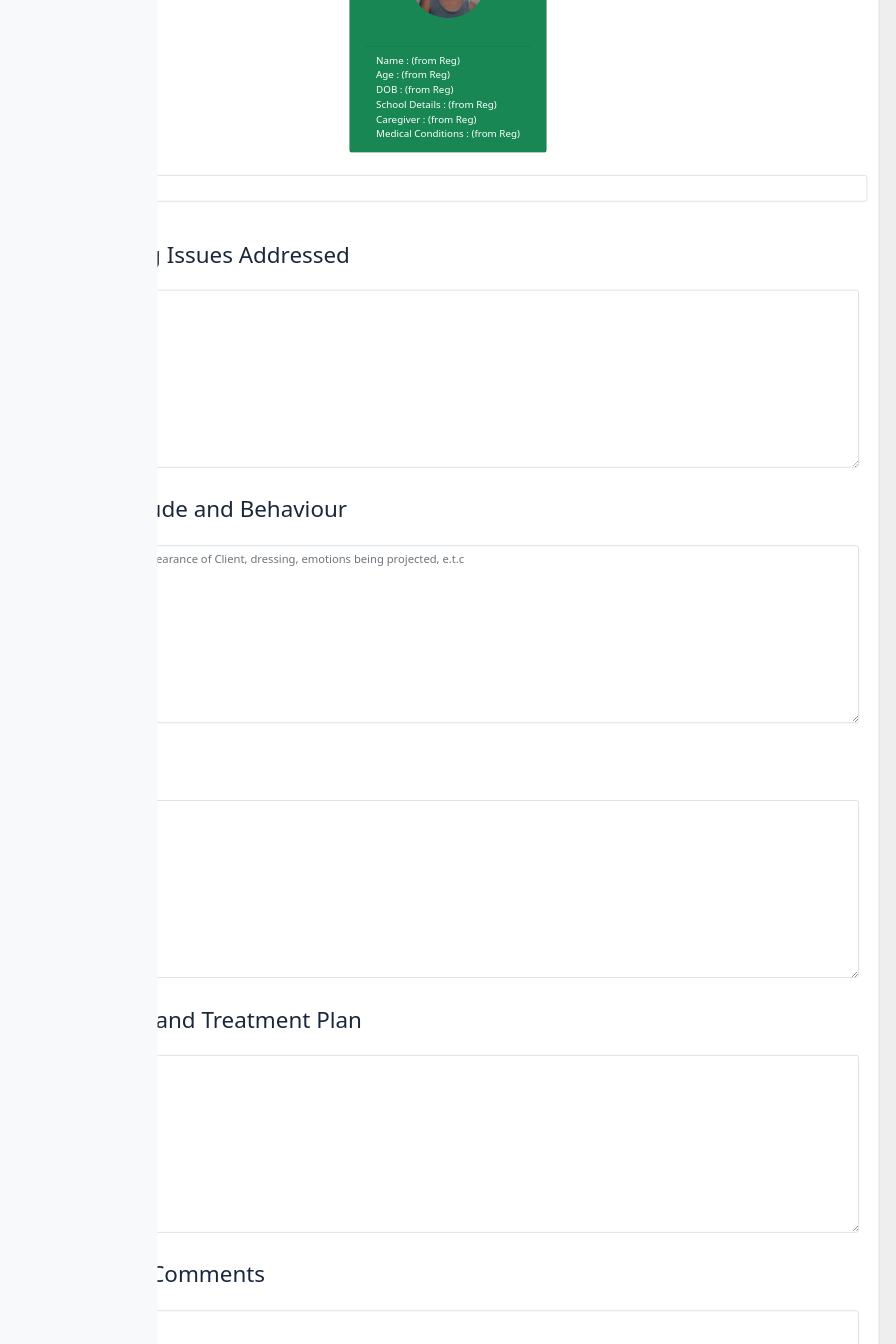
Repository: SRFtech/mis-designs
Page: counselling.html
These files come from the project's save history. The page is drawn as it stood at one moment and after the next save; the edit follows.
The browser window is 1280 px wide. The pictures show the part of the page from y = 580 to 2500 px (the page is 3053 px tall before and 3045 px after), at 70% of full size.

Above is the page before, as saved 2022-04-10 22:21:59.

### counselling.html
<!DOCTYPE html>
<html lang="en">
    <head>
        <meta charset="utf-8" />
        <meta http-equiv="X-UA-Compatible" content="IE=edge" />
        <meta name="viewport" content="width=device-width, initial-scale=1, shrink-to-fit=no" />
        <meta name="description" content="" />
        <meta name="author" content="" />
        <title>Family Assessment SRF-MIS</title>
        <link href="css/styles.css" rel="stylesheet" />
        <script src="https://cdnjs.cloudflare.com/ajax/libs/font-awesome/5.15.3/js/all.min.js" crossorigin="anonymous"></script>
    </head>
    <body>
        <nav class="sb-topnav navbar navbar-expand navbar-light bg-light">
            <!-- Navbar Brand-->
            <a class="navbar-brand ps-3" href="index.html">
                <img src="/assets/img/logo.png"/>
            </a>
            <!-- Sidebar Toggle-->
            <button class="btn btn-link btn-sm order-1 order-lg-0 me-4 me-lg-0" id="sidebarToggle" href="#!"><i class="fas fa-bars"></i></button>
            <!-- Navbar Search-->
            <form class="d-none d-md-inline-block form-inline ms-auto me-0 me-md-3 my-2 my-md-0">
                <div class="input-group">
                    <input class="form-control" type="text" placeholder="Search for..." aria-label="Search for..." aria-describedby="btnNavbarSearch" />
                    <button class="btn btn-success" id="btnNavbarSearch" type="button"><i class="fas fa-search"></i></button>
                </div>
            </form>
            <!-- Navbar-->
            <ul class="navbar-nav ml-auto nav-flex-icons">
                <li class="nav-item avatar dropdown">
                    <a class="nav-link dropdown-toggle waves-effect waves-light" id="navbarDropdownMenuLink-5" role="button" data-bs-toggle="dropdown" data-toggle="dropdown" aria-haspopup="true" aria-expanded="true">
                    <span class="badge badge-danger ml-2">4</span>
                    <i class="fas fa-bell"></i>
                    </a>
                    <div class="dropdown-menu dropdown-menu-end dropdown-secondary" aria-labelledby="navbarDropdownMenuLink-5">
                        <a class="dropdown-item waves-effect waves-light" href="#">Messages <span class="badge badge-danger ml-2">4</span></a>
                        <a class="dropdown-item waves-effect waves-light" href="#">Counselling sessions due<span class="badge badge-danger ml-2">1</span></a>
                        <a class="dropdown-item waves-effect waves-light" href="#">Home visits due <span class="badge badge-danger ml-2">4</span></a>
                    </div>
                </li>
            </ul>
            <ul class="navbar-nav ms-auto ms-md-0 me-3 me-lg-4">
                <li class="nav-item dropdown">
                    <a class="nav-link dropdown-toggle" id="navbarDropdown" href="#" role="button" data-bs-toggle="dropdown" aria-expanded="false"><i class="fas fa-user fa-fw"></i></a>
                    <ul class="dropdown-menu dropdown-menu-end" aria-labelledby="navbarDropdown">
                        <li><a class="dropdown-item" href="#!">Settings</a></li>
                        <li><a class="dropdown-item" href="#!">Activity Log</a></li>
                        <li><hr class="dropdown-divider" /></li>
                        <li><a class="dropdown-item" href="#!">Logout</a></li>
                    </ul>
                </li>
            </ul>
        </nav>
        <div id="layoutSidenav">
            <div id="layoutSidenav_nav">
                <nav class="sb-sidenav accordion sb-sidenav-light" id="sidenavAccordion">
                    <div class="sb-sidenav-menu">
                        <div class="nav">
                            <div class="sb-sidenav-menu-heading">Core</div>
                            <a class="nav-link" href="index.html">
                                <div class="sb-nav-link-icon"><i class="fas fa-tachometer-alt"></i></div>
                                Dashboard
                            </a>
                            <div class="sb-sidenav-menu-heading">Interface</div>
                            <a class="nav-link collapsed" href="#" data-bs-toggle="collapse" data-bs-target="#collapsePages" aria-expanded="false" aria-controls="collapsePages">
                                <div class="sb-nav-link-icon"><i class="fas fa-book-open"></i></div>
                                Pages
                                <div class="sb-sidenav-collapse-arrow"><i class="fas fa-angle-down"></i></div>
                            </a>
                            <div class="collapse" id="collapsePages" aria-labelledby="headingTwo" data-bs-parent="#sidenavAccordion">
                                <nav class="sb-sidenav-menu-nested nav accordion" id="sidenavAccordionPages">
                                    <a class="nav-link collapsed" href="#" data-bs-toggle="collapse" data-bs-target="#pagesCollapseAuth" aria-expanded="false" aria-controls="pagesCollapseAuth">
                                        Authentication
                                        <div class="sb-sidenav-collapse-arrow"><i class="fas fa-angle-down"></i></div>
                                    </a>
                                    <div class="collapse" id="pagesCollapseAuth" aria-labelledby="headingOne" data-bs-parent="#sidenavAccordionPages">
                                        <nav class="sb-sidenav-menu-nested nav">
                                            <a class="nav-link" href="login.html">Login</a>
                                            <a class="nav-link" href="register.html">Register</a>
                                            <a class="nav-link" href="password.html">Forgot Password</a>
                                        </nav>
                                    </div>
                                    <a class="nav-link collapsed" href="#" data-bs-toggle="collapse" data-bs-target="#pagesCollapseError" aria-expanded="false" aria-controls="pagesCollapseError">
                                        Forms
                                        <div class="sb-sidenav-collapse-arrow"><i class="fas fa-angle-down"></i></div>
                                    </a>
                                    <div class="collapse" id="pagesCollapseError" aria-labelledby="headingOne" data-bs-parent="#sidenavAccordionPages">
                                        <nav class="sb-sidenav-menu-nested nav">
                                            <a class="nav-link" href="registration.html">Registration</a>
                                            <!-- <a class="nav-link" href="player-profile.html">Player profile</a> -->

                                        </nav>
                                    </div>
                                    <a class="nav-link collapsed" href="#" data-bs-toggle="collapse" data-bs-target="#pagesCollapseError" aria-expanded="false" aria-controls="pagesCollapseError">
                                        Error
                                        <div class="sb-sidenav-collapse-arrow"><i class="fas fa-angle-down"></i></div>
                                    </a>
                                    <div class="collapse" id="pagesCollapseError17" aria-labelledby="headingOne" data-bs-parent="#sidenavAccordionPages">
                                        <nav class="sb-sidenav-menu-nested nav">
                                            <a class="nav-link" href="401.html">401 Page</a>
                                            <a class="nav-link" href="404.html">404 Page</a>
                                            <a class="nav-link" href="500.html">500 Page</a>
                                        </nav>
                                    </div>
                                </nav>
                            </div>
                            <div class="sb-sidenav-menu-heading">Data View Options</div>
                            <a class="nav-link" href="charts.html">
                                <div class="sb-nav-link-icon"><i class="fas fa-chart-area"></i></div>
                                Charts
                            </a>
                            <a class="nav-link" href="tables.html">
                                <div class="sb-nav-link-icon"><i class="fas fa-table"></i></div>
                                Tables
                            </a>
                        </div>
                    </div>
                    <div class="sb-sidenav-footer">
                        <div class="small">Logged in as:</div>
                        Admin
                    </div>
                </nav>
            </div>
            <div id="layoutSidenav_content">
                <main>
                    <div class="container-fluid px-4">
                        <h1 class="mt-4">Family Assessment</h1>
                        <ol class="breadcrumb mb-4">
                            <li class="breadcrumb-item"><a href="index.html">Dashboard</a></li>
                            <li class="breadcrumb-item active">Family Assessment Form</li>
                        </ol>
                        <div class="card mb-4">
                            <div class="card-body">
                                <p class="mb-0">
                                    <ul class="nav nav-pills mb-3" id="pills-tab" role="tablist">
                                        <li class="nav-item">
                                            <a class="nav-link" id="pills-bio-data-tab" data-toggle="pill" href="registration.html" role="tab" aria-controls="pills-bio-data" aria-selected="false">Bio Data</a>
                                        </li>
                                        <li class="nav-item">
                                            <a class="nav-link" id="pills-visits-tab" data-toggle="pill" href="home-visits.html" role="tab" aria-controls="pills-home-visits" aria-selected="false">Home Visits</a>
                                        </li>
                                        <li class="nav-item">
                                            <a class="nav-link" id="pills-rugby-tab" data-toggle="pill" href="rugby.html" role="tab" aria-controls="pills-rugby" aria-selected="false">Rugby</a>
                                        </li>
                                        <li class="nav-item">
                                            <a class="nav-link" id="pills-education-tab" data-toggle="pill" href="education.html" role="tab" aria-controls="pills-education" aria-selected="false">Education</a>
                                        </li>
                                        <li class="nav-item">
                                            <a class="nav-link" id="life-skills.html-tab" data-toggle="pill" href="life-skills.html" role="tab" aria-controls="life-skills.html" aria-selected="false">Life Skills</a>
                                        </li>
                                        <li class="nav-item">
                                            <a class="nav-link active" id="pills-counselling-tab" data-toggle="pill" href="counselling.html" role="tab" aria-controls="pills-counselling" aria-selected="true">Counselling</a>
                                        </li>
                                        <li class="nav-item">
                                            <a class="nav-link" id="class8-visits-tab" data-toggle="pill" href="class8-visits.html" role="tab" aria-controls="class8-visits" aria-selected="false">Class 8 Visits</a>
                                        </li>
                                    </ul>
                                    <div class="tab-content" id="pills-tabContent">
                                        <div class="tab-pane fade show active" id="pills-bio-data" role="tabpanel" aria-labelledby="pills-bio-data-tab">
                                            <div class="form mt-5">
                                                <form>
                                                    <div class="form-group row pb-3">
                                                        <label for="date" class="col-sm-3 col-form-label">Date</label>
                                                        <div class="col-sm-4">
                                                            <input type="date" class="form-control" id="date" placeholder="">
                                                        </div>
                                                    </div>
                                                    <div class="form-group row pb-3">
                                                        <label for="date" class="col-sm-3 col-form-label">Time</label>
                                                        <div class="col-sm-4">
                                                            <input type="time" class="form-control" id="time" placeholder="">
                                                        </div>
                                                    </div>
                                                    <div class="row pb-2 pt-2 justify-content-center align-items-center">
                                                            <div class="col-xl-3 col-sm-6">
                                                                <div class="card bg-success text-white mb-2">
                                                                    <div class=" image d-flex flex-column justify-content-center align-items-center">
                                                                        <div class="card-body bg-success">Beneficiary K_234</div>
                                                                        <div class="card-body col-md-6 mb-4">
                                                                            <img class="rounded-circle"  alt="girl photo" src="/assets/img/girl-profile.png"/>
                                                                        </div>
                                                                        <div class="card-footer bg-success mb-2">
                                                                            <div class="small text-white" href="#">
                                                                                    Name : (from Reg) <br>
                                                                                    Age : (from Reg) <br>
                                                                                    DOB : (from Reg) <br>
                                                                                    School Details : (from Reg) <br>
                                                                                    Caregiver : (from Reg) <br>
                                                                                    Medical Conditions : (from Reg) <br>
                                                                            </div>
                                                                        </div>
                                                                    </div>
                                                                </div>
                                                            </div>
                                                            <div class="form-group pb-4">
                                                                <label for="formControlSelect2">Client type</label>
                                                                <select class="form-control" id="formControlSelect2">
                                                                    <option>Father</option>
                                                                    <option>Mother</option>
                                                                    <option>Guardian</option>
                                                                </select>
                                                            </div>
                                                            <div class="row pb-2 pt-2">
                                                                <h2 class="mt-4">Counselling Issues Addressed</h2>
                                                                <div class="form-group">
                                                                    <label for="formControlTextarea1">Notes</label>
                                                                    <textarea class="form-control" id="formControlTextarea1" rows="10"></textarea>
                                                                </div>
                                                            </div>
                                                            <div class="row pb-2 pt-2">
                                                                <h2 class="mt-4">Client Attitude and Behaviour</h2>
                                                                <div class="form-group">
                                                                    <label for="formControlTextarea2">Notes</label>
                                                                    <textarea class="form-control" id="formControlTextarea2" rows="10" placeholder="Observe general appearance of Client, dressing, emotions being projected, e.t.c"></textarea>
                                                                </div>
                                                            </div>
                                                            <div class="row pb-2 pt-2">
                                                                <h2 class="mt-4">Challenges</h2>
                                                                <div class="form-group">
                                                                    <label for="formControlTextarea3">Notes</label>
                                                                    <textarea class="form-control" id="formControlTextarea3" rows="10"></textarea>
                                                                </div>
                                                            </div>
                                                            <div class="row pb-2 pt-2">
                                                                <h2 class="mt-4">Next Steps and Treatment Plan</h2>
                                                                <div class="form-group">
                                                                    <label for="formControlTextarea4">Notes</label>
                                                                    <textarea class="form-control" id="formControlTextarea4" rows="10"></textarea>
                                                                </div>
                                                            </div>
                                                            <div class="row pb-2 pt-2">
                                                                <h2 class="mt-4">Additional Comments</h2>
                                                                <div class="form-group">
                                                                    <label for="formControlTextarea5">Notes</label>
                                                                    <textarea class="form-control" id="formControlTextarea5" rows="10"></textarea>
                                                                </div>
                                                            </div>
                                                </form>
                                            </div>
                                        </div>
                                    </div>
                                </p>
                            </div>
                            <div class="card mb-4">
                                <div class="card-body">
                                    <div class="form-group row pb-3">
                                                            <label for="date" class="col-sm-3 col-form-label">Next Date</label>
                                                            <div class="col-sm-4">
                                                                <input type="date" class="form-control" id="date" placeholder="">
                                                            </div>
                                                        </div>
                                                        <div class="form-group row pb-3">
                                                            <label for="date" class="col-sm-3 col-form-label">Next Time</label>
                                                            <div class="col-sm-4">
                                                                <input type="time" class="form-control" id="time" placeholder="">
                                                            </div>
                                                        </div>
                                    <div class="form-group row pt-2">
                                        <div class="col-sm-10">
                                            <button type="submit" class="btn btn-success">Schedule Session</button>
                                        </div>
                                    </div>
                                </div>
                            </div>
                        </div>
                    </div>
                </main>
                <footer class="py-4 bg-light mt-auto">
                    <div class="container-fluid px-4">
                        <div class="d-flex align-items-center justify-content-between small">
                            <div class="text-muted">Copyright &copy; SRF 2022</div>
                            <div>
                                <a href="#">Privacy Policy</a>
                                &middot;
                                <a href="#">Terms &amp; Conditions</a>
                            </div>
                        </div>
                    </div>
                </footer>
            </div>
        </div>
        <script src="https://cdn.jsdelivr.net/npm/bootstrap@5.1.3/dist/js/bootstrap.bundle.min.js" crossorigin="anonymous"></script>
        <script src="js/scripts.js"></script>
    </body>
</html>

Loaded but not shown: css/styles.css (library); js/scripts.js (26 lines, source omitted)

After the next save:
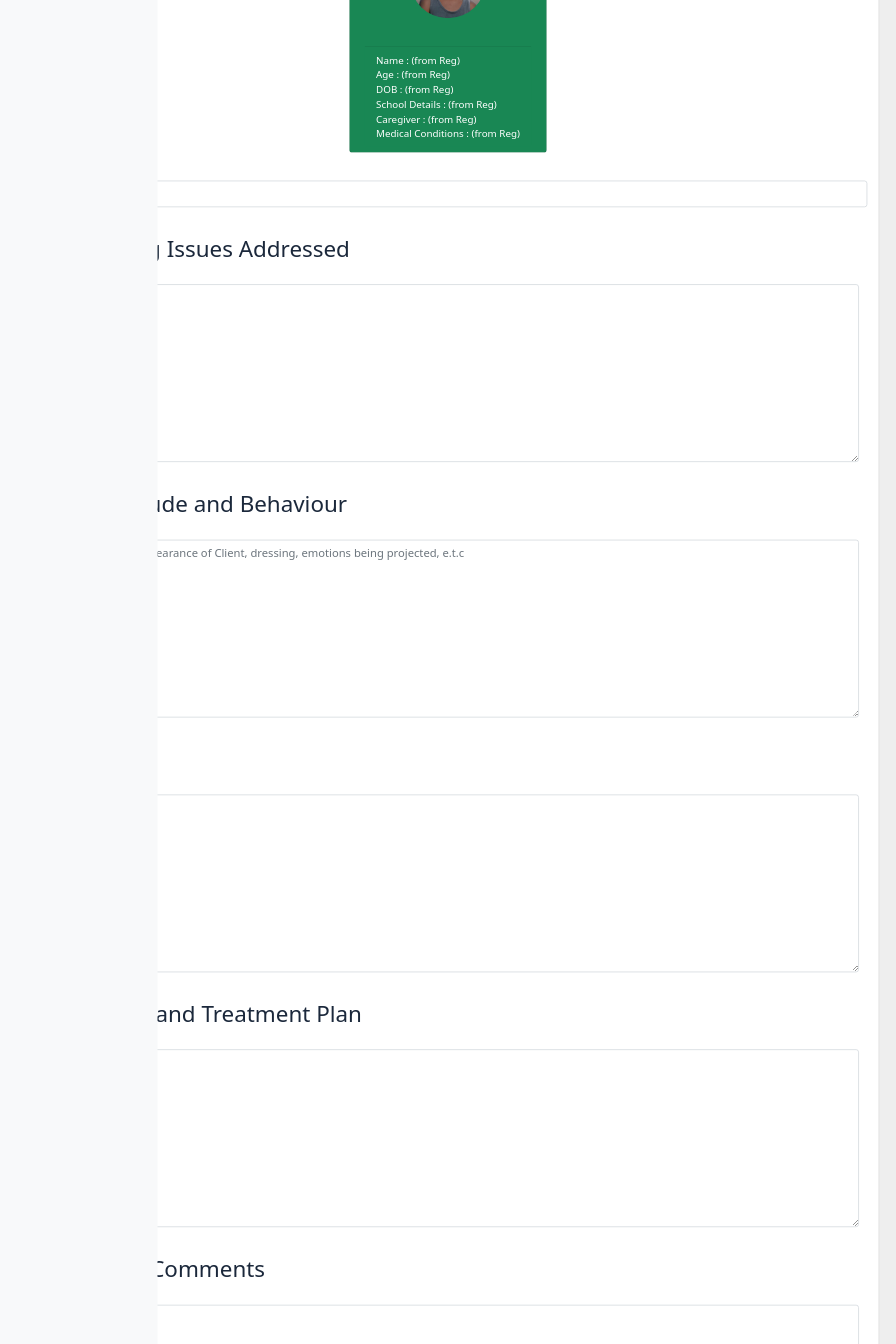
Saved 87 s later.
--- a/counselling.html
+++ b/counselling.html
@@ -192,7 +192,7 @@
                                                                     </div>
                                                                 </div>
                                                             </div>
-                                                            <div class="form-group pb-4">
+                                                            <div class="form-group pb-2 pt-2">
                                                                 <label for="formControlSelect2">Client type</label>
                                                                 <select class="form-control" id="formControlSelect2">
                                                                     <option>Father</option>
